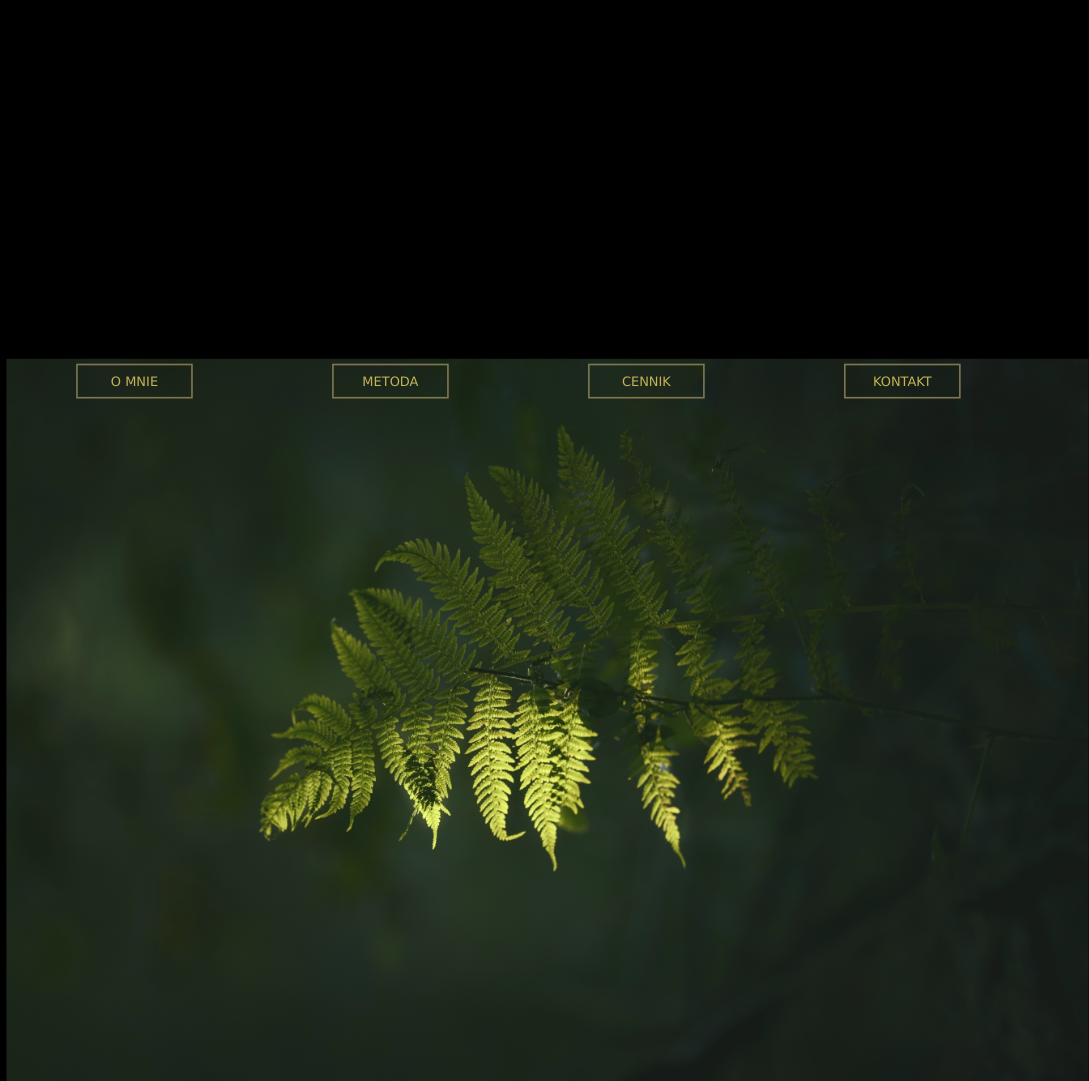
Repository: LechCieslak/Anna_Cieslak_v2.1
Page: index.html
These files come from the project's save history. The page is drawn as it stood at one moment and after a run of saves; the edit follows.
The browser window is 1280 px wide. The page is 1344 px wide, so the pictures cover 1344 px, including what lies to the right of the window. The pictures show the whole page, at 81% of full size.

Above is the page before, as saved 2020-08-29 00:54:54.

### index.html
<!DOCTYPE html>
<html lang="pl">
<head>
    <meta charset="UTF-8">
    <meta name="viewport" content="width=device-width, initial-scale=1.0">
    <link rel="stylesheet" href="style.css">
    <title>Przyjazne miejsce</title>
</head>
<body class="container">
    <h1></h1>
    <img src="images/background-poz.jpg">

    <main>

            <div class="menu">
                <ul>
                    <li class="li1">O MNIE</li>
                    <li class="li2">METODA</li>
                    <li class="li3">CENNIK</li>
                    <li class="li4">KONTAKT</li>
                </ul>
            </div>

            <div class="oMnie shape">
                <h1>O MNIE</h1>
                <p>Lorem, ipsum dolor sit amet consectetur adipisicing elit. Tenetur illum, dolores ipsum earum qui eligendi quaerat itaque debitis quo cumque repudiandae fugit quisquam nisi quas sunt voluptatem alias enim vero porro reprehenderit. Quisquam possimus labore voluptate facere voluptatum mollitia eveniet dicta quis vitae ullam quae saepe veniam quos ut, dolor, fuga repellat, veritatis quam modi odio placeat! Vero, reprehenderit repellendus? Delectus sit voluptate minus quam ratione numquam ipsum nemo commodi rem nesciunt consequatur, sunt cumque, repellat aliquam excepturi dolores aut suscipit minima nisi veritatis itaque ad explicabo perspiciatis voluptatibus! Cumque id adipisci officiis facere, tenetur quod provident. Eveniet, exercitationem necessitatibus.</p>
            </div>

            <div class="metoda shape">
                <h1>METODA</h1>
                <p>Lorem, ipsum dolor sit amet consectetur adipisicing elit. Tenetur illum, dolores ipsum earum qui eligendi quaerat itaque debitis quo cumque repudiandae fugit quisquam nisi quas sunt voluptatem alias enim vero porro reprehenderit. Quisquam possimus labore voluptate facere voluptatum mollitia eveniet dicta quis vitae ullam quae saepe veniam quos ut, dolor, fuga repellat, veritatis quam modi odio placeat! Vero, reprehenderit repellendus? Delectus sit voluptate minus quam ratione numquam ipsum nemo commodi rem nesciunt consequatur, sunt cumque, repellat aliquam excepturi dolores aut suscipit minima nisi veritatis itaque ad explicabo perspiciatis voluptatibus! Cumque id adipisci officiis facere, tenetur quod provident. Eveniet, exercitationem necessitatibus.</p>
            </div>

            <div class="cennik shape">
                <h1>CENNIK</h1>
                <p>Lorem, ipsum dolor sit amet consectetur adipisicing elit. Tenetur illum, dolores ipsum earum qui eligendi quaerat itaque debitis quo cumque repudiandae fugit quisquam nisi quas sunt voluptatem alias enim vero porro reprehenderit. Quisquam possimus labore voluptate facere voluptatum mollitia eveniet dicta quis vitae ullam quae saepe veniam quos ut, dolor, fuga repellat, veritatis quam modi odio placeat! Vero, reprehenderit repellendus? Delectus sit voluptate minus quam ratione numquam ipsum nemo commodi rem nesciunt consequatur, sunt cumque, repellat aliquam excepturi dolores aut suscipit minima nisi veritatis itaque ad explicabo perspiciatis voluptatibus! Cumque id adipisci officiis facere, tenetur quod provident. Eveniet, exercitationem necessitatibus.</p>
            </div>

            <div class="kontakt shape">
                <h1>KONTAKT</h1>
                <p>Lorem, ipsum dolor sit amet consectetur adipisicing elit. Tenetur illum, dolores ipsum earum qui eligendi quaerat itaque debitis quo cumque repudiandae fugit quisquam nisi quas sunt voluptatem alias enim vero porro reprehenderit. Quisquam possimus labore voluptate facere voluptatum mollitia eveniet dicta quis vitae ullam quae saepe veniam quos ut, dolor, fuga repellat, veritatis quam modi odio placeat! Vero, reprehenderit repellendus? Delectus sit voluptate minus quam ratione numquam ipsum nemo commodi rem nesciunt consequatur, sunt cumque, repellat aliquam excepturi dolores aut suscipit minima nisi veritatis itaque ad explicabo perspiciatis voluptatibus! Cumque id adipisci officiis facere, tenetur quod provident. Eveniet, exercitationem necessitatibus.</p>
            </div>
    </main>


    <script src="app.js"></script>
</body>
</html>

### style.css
* {
    font-family: verdana;
    padding: 0px;
}

body {
    --tlo: #4C6464;
    --text: #C5B358;
    --ramka: #7F784E;
    /* background-image: url("images/background-poz.jpg"); */
    /* background-position: center; */
    background-color: black;
    color: var(--text);
    /* animation: backgroundEffect 3s forwards; */
}

.container {
    position: relative;
    overflow: hidden;
}

.container h1{
    padding: 200px;
    position: relative;
    z-index: 2;
}

.container img {
    position: absolute;
    left:
}

main {
    position: relative;
}

ul {
    display: flex;
    justify-content: space-around;
}

.menu li {
    margin-top: 6px;
    padding: 10px;
    display: inline-block;
    border: solid 2px var(--ramka);
    list-style-type: none;
    width: 120px;
    cursor: pointer;
    text-align:center;
}

.shape {
    border: solid 3px var(--ramka);
    /* width: 70%; */
    opacity: 0;
    padding: 10px;
    position: absolute;
}

.nowa {
    opacity: 1;
}

@keyframes backgroundEffect {
    /* 30% {
        background-color: var(--tlo);
    } */
    100% {
        background-image: url("images/background-poz.jpg");

    }
}

/* style css - duże ekrany
@media (min-width: 1100px) {
    body {
        font-size: 30px;
    }
} */

@media (max-width: 600px) {
    body {
        /* style css - tel. pionowo */
        background-image: url("images/background-pion.jpg");
        font-size: 10px;
    }

    .menu li {
        width: 50px;
        height: 8px;
        padding-top: 6px;
    }
}

@media (max-width: 320px) {
    ul {
        width: 55px;
        display: block;
    }
}

### app.js
let a = document.querySelector('.li1');
let b = document.querySelector('.oMnie');
let c = document.querySelector('.li2');
let d = document.querySelector('.metoda');
let e = document.querySelector('.li3');
let f = document.querySelector('.cennik');
let g = document.querySelector('.li4');
let h = document.querySelector('.kontakt');

a.addEventListener('click', e => {
  b.classList.toggle("nowa");
  d.classList.remove("nowa");
  f.classList.remove("nowa");
  h.classList.remove("nowa");
});


c.addEventListener('click', e => {
  d.classList.toggle("nowa");
  b.classList.remove("nowa");
  f.classList.remove("nowa");
  h.classList.remove("nowa");
});

e.addEventListener('click', e => {
  f.classList.toggle("nowa");
  b.classList.remove("nowa");
  d.classList.remove("nowa");
  h.classList.remove("nowa");
});


g.addEventListener('click', e => {
  h.classList.toggle("nowa");
  b.classList.remove("nowa");
  d.classList.remove("nowa");
  f.classList.remove("nowa");
});

After the next 5 saves:
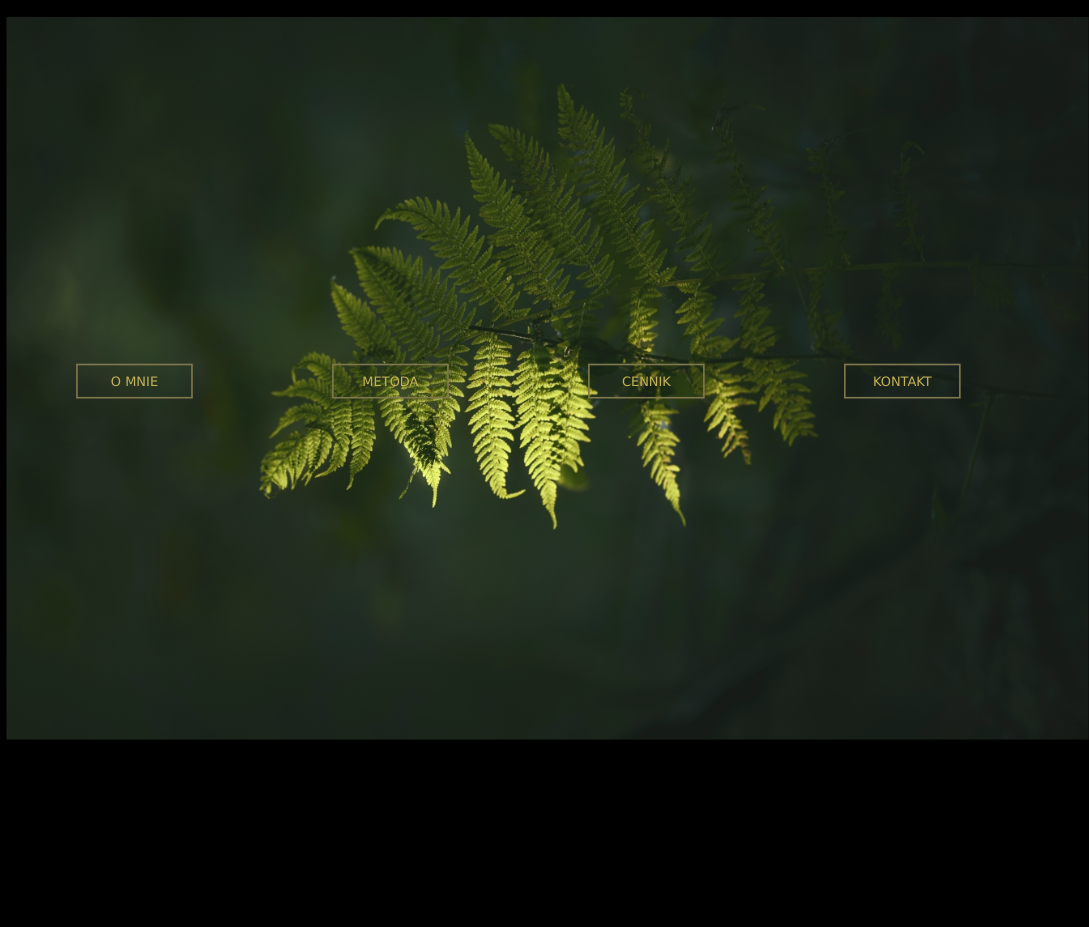
The 5 saves are shown as one change because they came seconds apart.
The last was saved 15 s later.
--- a/style.css
+++ b/style.css
@@ -27,7 +27,8 @@ body {
 
 .container img {
     position: absolute;
-    left:
+    left: 0;
+    top: 0;
 }
 
 main {
